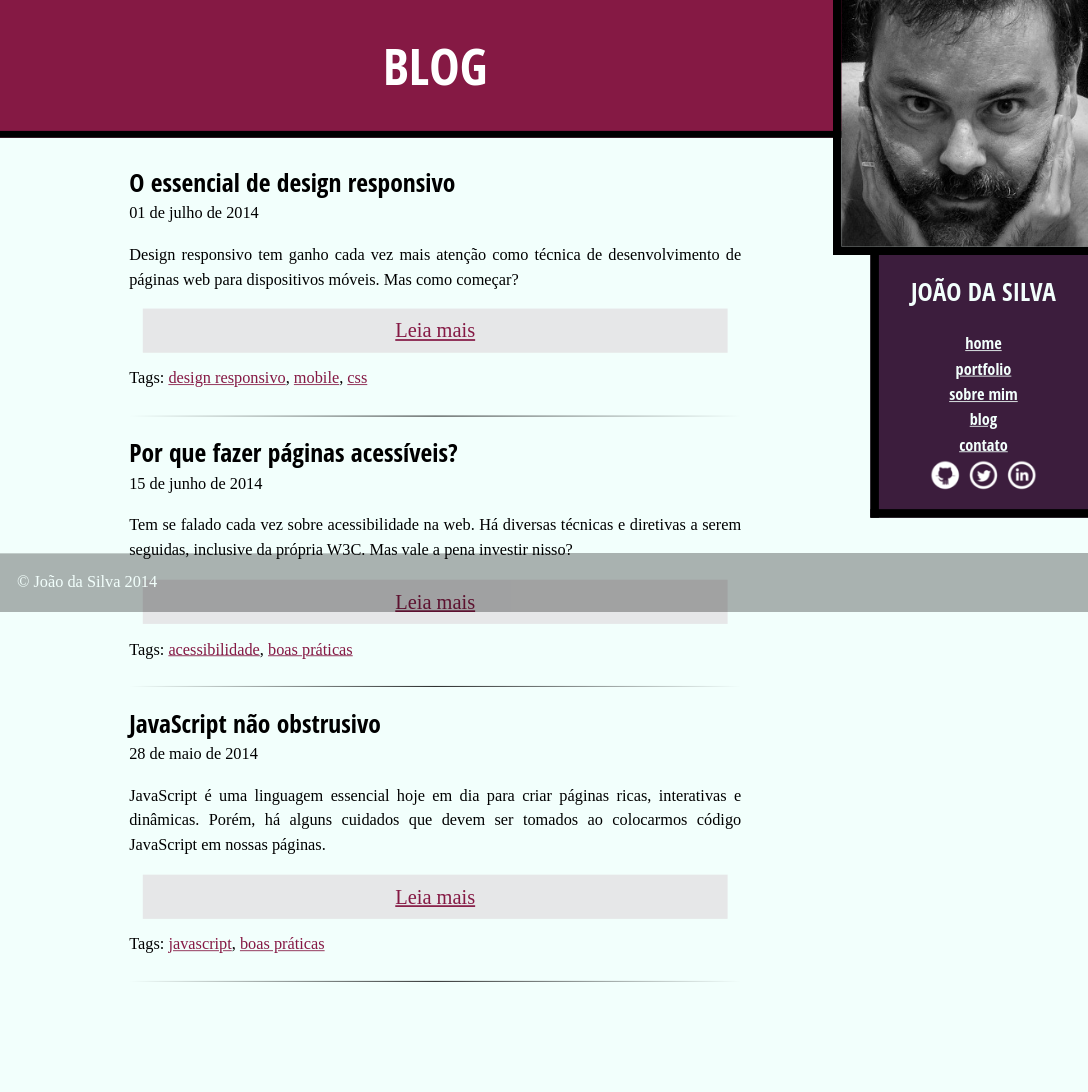
Repository: MichelMiola/html5Css3Avancado
Page: projeto/blog.html
The author's editor kept a copy of each file at every save. The page is drawn from the files as they stood at one save, then again after the next save.
The browser window is 1280 px wide. The pictures show the whole page, at 85% of full size.
Some web fonts or font styles are not loaded; a fallback is used.

Above is the page before, as saved 2015-03-20 20:40:29.

### projeto/blog.html
<!DOCTYPE html>
<html>
<head>
    <meta charset="utf-8">
    <title>Blog - João da Silva</title>
    <link rel="icon" href="imagens/favicon.png">
    <link rel="stylesheet" href="css/reset.css">
    <link rel="stylesheet" href="css/site.css">
    <link rel="stylesheet" href="css/blog.css">
    <link rel="stylesheet" href="http://fonts.googleapis.com/css?family=Crimson+Text:400,400italic,600">
    <link rel="stylesheet" href="http://fonts.googleapis.com/css?family=Open+Sans+Condensed:700">
</head>
<body>
    <main>
        <h1 class="titulo-principal">Blog</h1>
        <div class="container">
            <article class="post-blog">
                <h2 class="subtitulo-texto">O essencial de design responsivo</h2>
                <time datetime="2014-07-01">01 de julho de 2014</time>
                <p>Design responsivo tem ganho cada vez mais atenção como técnica de desenvolvimento de páginas web para dispositivos móveis. Mas como começar?</p>
                <a class="leia-mais" href="#">Leia mais</a>
                <footer>Tags: <a href="#">design responsivo</a>, <a href="#">mobile</a>, <a href="#">css</a></footer>
            </article>
            <article class="post-blog">
                <h2 class="subtitulo-texto">Por que fazer páginas acessíveis?</h2>
                <time datetime="2014-06-15">15 de junho de 2014</time>
                <p>Tem se falado cada vez sobre acessibilidade na web. Há diversas técnicas e diretivas a serem seguidas, inclusive da própria W3C. Mas vale a pena investir nisso?</p>
                <a class="leia-mais" href="#">Leia mais</a>
                <footer>Tags: <a href="#">acessibilidade</a>, <a href="#">boas práticas</a></footer>
            </article>
            <article class="post-blog">
                <h2 class="subtitulo-texto">JavaScript não obstrusivo</h2>
                <time datetime="2014-05-28">28 de maio de 2014</time>
                <p>JavaScript é uma linguagem essencial hoje em dia para criar páginas ricas, interativas e dinâmicas. Porém, há alguns cuidados que devem ser tomados ao colocarmos código JavaScript em nossas páginas.</p>
                <a class="leia-mais" href="#">Leia mais</a>
                <footer>Tags: <a href="#">javascript</a>, <a href="#">boas práticas</a></footer>
            </article>
        </div>
    </main>
    <img src="imagens/eu.jpg" alt="Minha foto" class="minha-foto">
    <aside class="navegacao-site">
        <h1>João da Silva</h1>
        <nav>
            <ul>
                <li><a href="index.html">Home</a></li>
                <li><a href="portfolio.html">Portfolio</a></li>
                <li><a href="bio.html">Sobre mim</a></li>
                <li><a href="blog.html">Blog</a></li>
                <li><a href="contato.html">Contato</a></li>
            </ul>
        </nav>
        <ul class="icones-redes-sociais">
            <li>
                <a href="https://github.com/joaodasilva" class="github">
                    Github
                </a>
            </li>
            <li>
                <a href="https://twitter.com/joaodasilva" class="twitter">
                    Twitter
                </a>
            </li>
            <li>
                <a href="https://br.linkedin.com/pub/joão-da-silva/32/4/508" class="linkedin">
                    LinkedIn
                </a>
            </li>
        </ul>
    </aside>
    <footer class="rodape-pagina">
        &copy; João da Silva 2014
    </footer>
</body>
</html>

### projeto/css/site.css
body {
    font-family: "Crimson Text", "Times New Roman", serif;
    background-color: #F2FFFC;
    font-size: 120%;
    line-height: 1.5;
}

h1,
h2,
.subtitulo-principal {
    font-family: "Open Sans Condensed", "Arial", sans-serif;
}

h1 {
    text-transform: uppercase;
    font-size: 60px;
}

.titulo-principal {
    text-align: center;
    background-color: #851944;
    color: #FFF;
    padding: 2rem;
    border-bottom: .5rem solid #000;
}

.subtitulo-texto {
    font-size: 30px;
    clear: both;
}

main a {
    color: #851944;
}

main p {
    text-align: justify;
    margin: 20px 0;
}

.navegacao-site {
    text-align: center;
    background-color: #3C1D3D;
    color: #F2FFFC;
    padding: 20px;
}

.navegacao-site a {
    color: inherit;
    font-family: "Open Sans Condensed", "Arial", sans-serif;
    text-transform: lowercase;
}

.navegacao-site h1 {
    font-size: 30px;
    margin-bottom: 25px;
}

.rodape-pagina {
    background-color: #000;
    color: #F2FFFC;
    padding: 20px;
    clear: both;
    position: fixed;
    bottom: 0;
    left: 0;
    width: 100%;
    box-sizing: border-box;
    background-color: rgba(0, 0, 0, 0.3);
}

.container {
    width: 720px;
    margin-left: auto;
    margin-right: auto;
    padding: 30px 0;
}

strong {
    font-weight: bold;
}

em {
    font-style: italic;
}

.icones-redes-sociais li {
    display: inline-block;
}

.icones-redes-sociais a {
    width: 40px;
    height: 40px;
    display: block;
    text-indent: -99999px;
}

.github {
    background-image: url(../imagens/github.png);
}

.twitter {
    background-image: url(../imagens/twitter.png);
}

.linkedin {
    background-image: url(../imagens/linkedin.png);
}

main {
    width: 80%;
    float: left;
    padding-bottom: 80px;
}

.minha-foto,
.navegacao-site {
    border-left: 10px solid black;
    border-bottom: 10px solid black;
    box-sizing: border-box;
}

.navegacao-site {
    width: 20%;
    float: right;
    position: relative;
    top: 300px;
}

.minha-foto {
    position: absolute;
    top: 0;
    right: 0;
    height: 300px;
}

.leia-mais {
    padding: .5em;
    margin: 1em;
    display: block;
    font-size: 1.25em;
    text-align: center;
    background-color: #E6E7E8;
}

.citacao-bio {
    background-color: #D9E5E3;
    border: .5em solid #C2CCCA;
    padding: 1em;
    margin: 1em 2em;
    width: 30ch;
    box-sizing: border-box;
}

### projeto/css/blog.css
.leia-mais {
    padding: 8px;
    margin: 16px;
    display: block;
    font-size: 24px;
    text-align: center;
    background-color: #E6E7E8;
}

.post-blog {
    padding-bottom: 30px;

    margin-bottom: 20px;
    background-image: linear-gradient(to right, transparent, black, transparent);
    background-size: 100% 1px;
    background-repeat: no-repeat;
    background-position: bottom center;

}

Loaded but not shown: projeto/css/reset.css (common file)

After the next save:
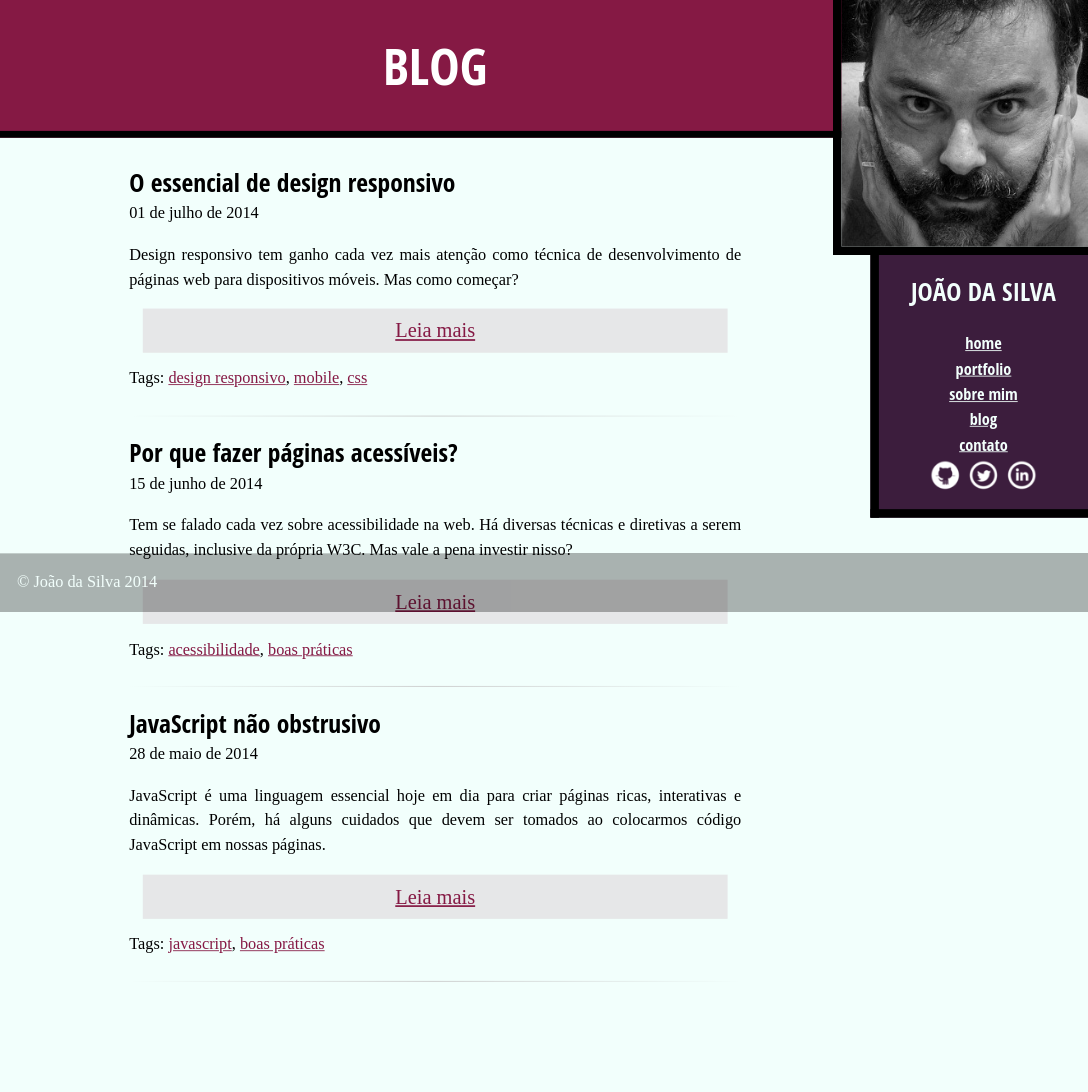
Saved 12 s later.
--- a/projeto/css/blog.css
+++ b/projeto/css/blog.css
@@ -15,5 +15,8 @@
     background-size: 100% 1px;
     background-repeat: no-repeat;
     background-position: bottom center;
-
+    background-image: linear-gradient(to right,
+    rgba(200, 200, 200, 0),
+    rgba(200, 200, 200, 1),
+    rgba(200, 200, 200, 0));
 }
